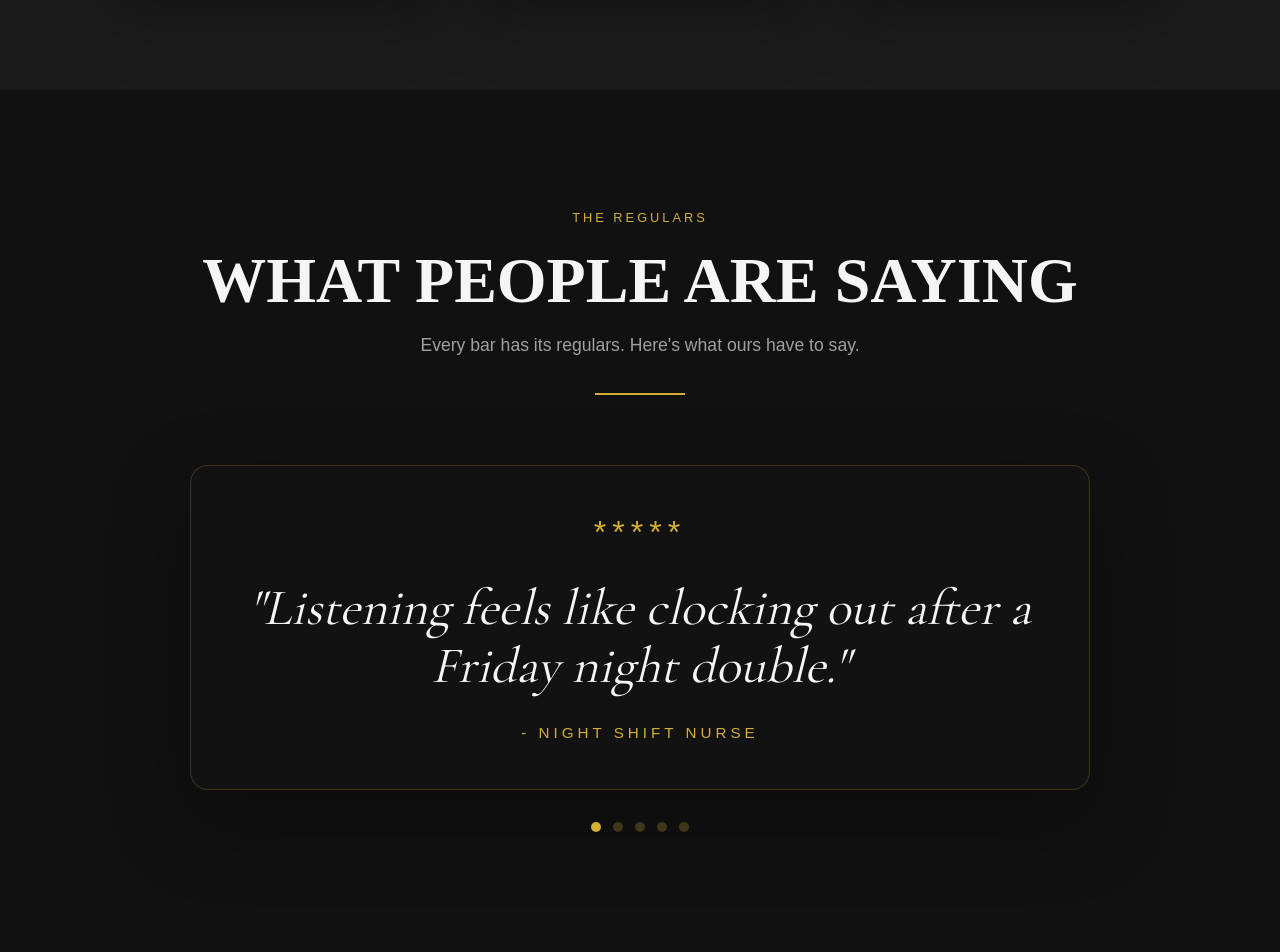
Repository: Gage-Codes/BarRot
Page: css/index.html
An editor plug-in stored every save of this project. The page is shown before and after the next save, followed by the edit.
The browser window is 1280 px wide. The pictures show the part of the page from y = 4413 to 5365 px (the page is 5365 px tall before and 5359 px after).

Above is the page before, as saved 2026-07-04 23:59:51.

After the next save:
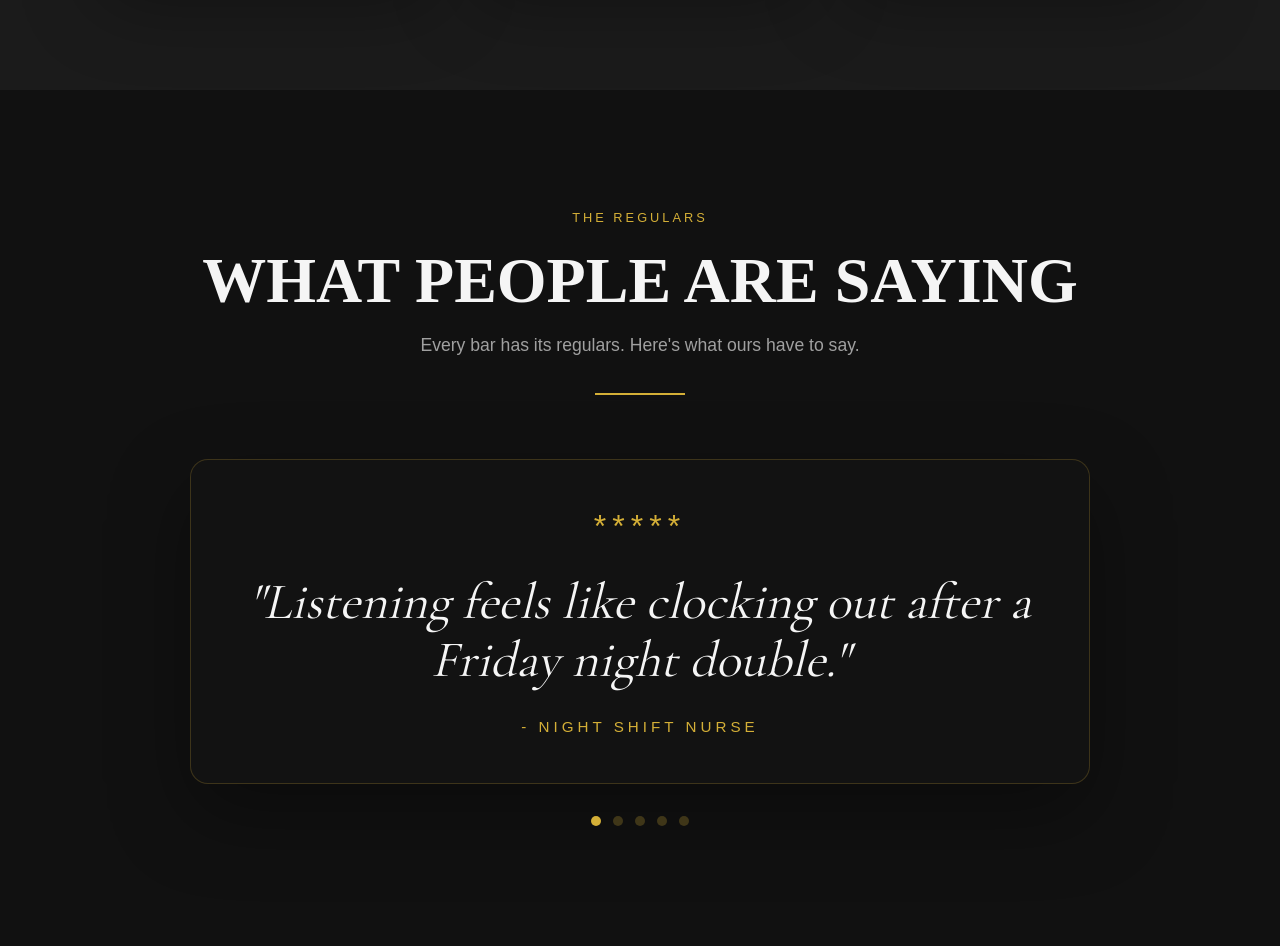
Saved 2 min 48 s later.
--- a/css/style.css
+++ b/css/style.css
@@ -532,7 +532,7 @@
     margin: 0 auto 32px;
 }
 #reviews .section-divider {
-    margin: 0 auto 70px;
+    margin: 0 auto 64px;
 }
 .review-card {
     max-width: 900px;
